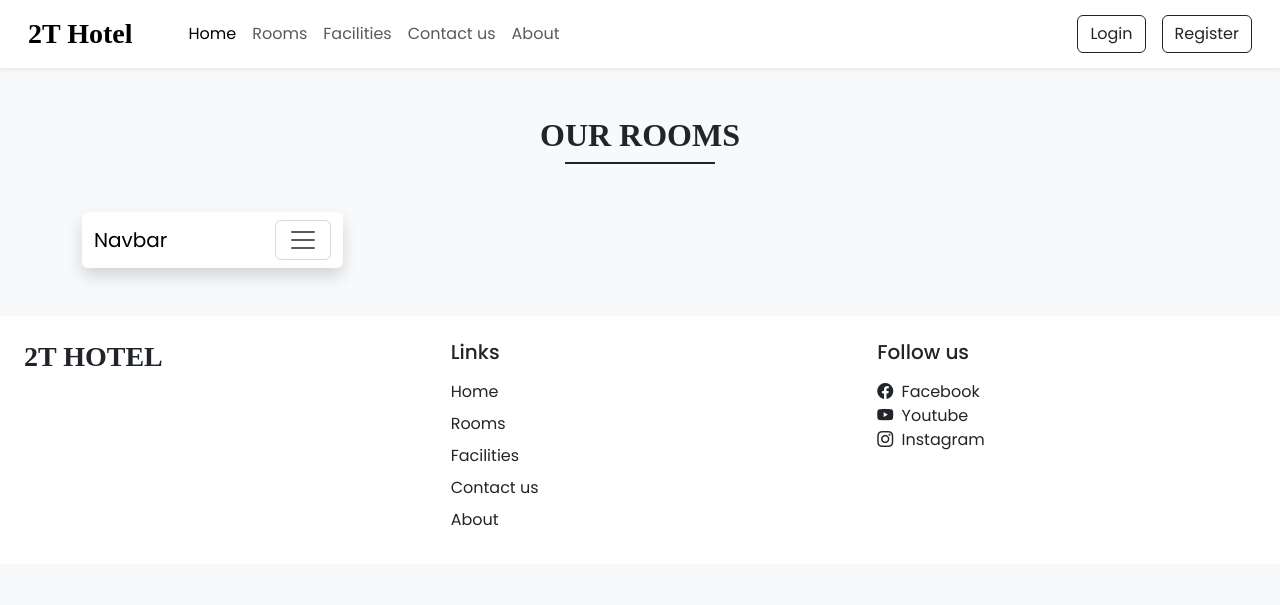
Repository: TaTongThanh2003/DoAnCoSo2024_BookingHotelWebsite
Page: http://localhost/WebsiteBookingHotel/rooms.php
The author's editor kept a copy of each file at every save. The page is drawn from the files as they stood at one save, then again after the next save.
The browser window is 1280 px wide. The pictures show the whole page.
Some web fonts or font styles are not loaded; a fallback is used. The page is run by PHP 8.4 with error messages shown; the project is at /var/www/html/.

Above is the page before, as saved 2024-03-22 15:41:54.

After the next save:
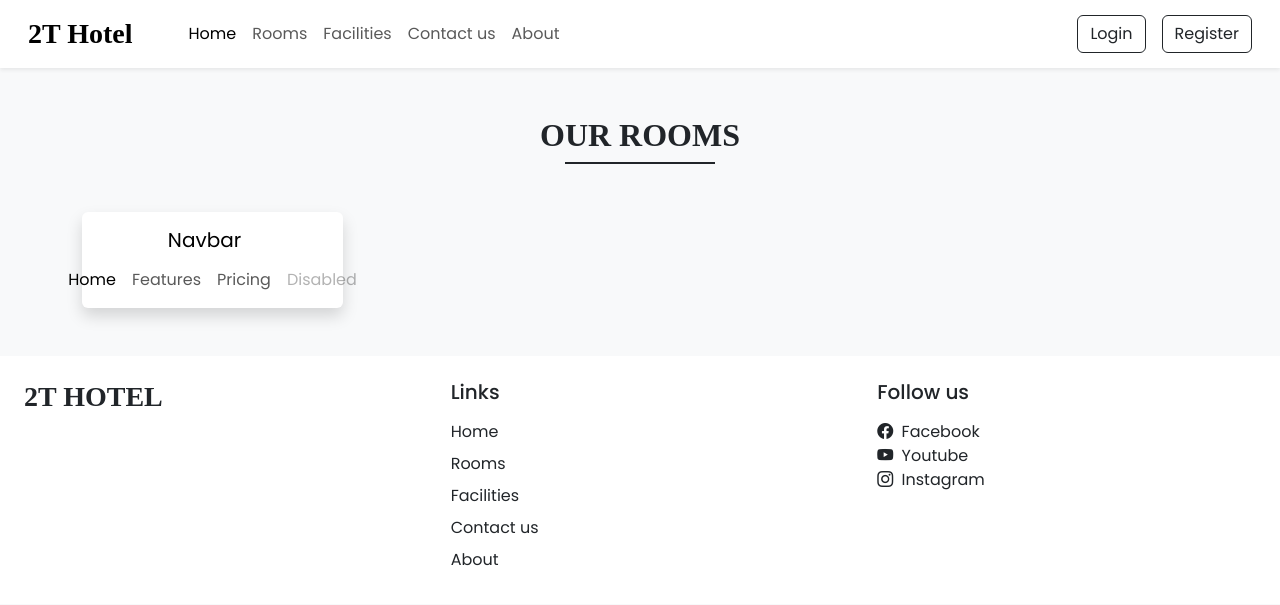
Saved 8 min 15 s later.
--- a/WebsiteBookingHotel/rooms.php
+++ b/WebsiteBookingHotel/rooms.php
@@ -35,8 +35,8 @@
     <div class="container">
         <div class="row">
             <div class="col-lg-3">
-                <nav class="navbar navbar-light bg-white rounded shadow ">
-                    <div class="container-fluid">
+                <nav class="navbar navbar-expand-lg navbar-light bg-white rounded shadow ">
+                    <div class="container-fluid flex-lg-column">
                         <a class="navbar-brand" href="#">Navbar</a>
                         <button class="navbar-toggler" type="button" data-bs-toggle="collapse"
                             data-bs-target="#navbarNav" aria-controls="navbarNav" aria-expanded="false"
